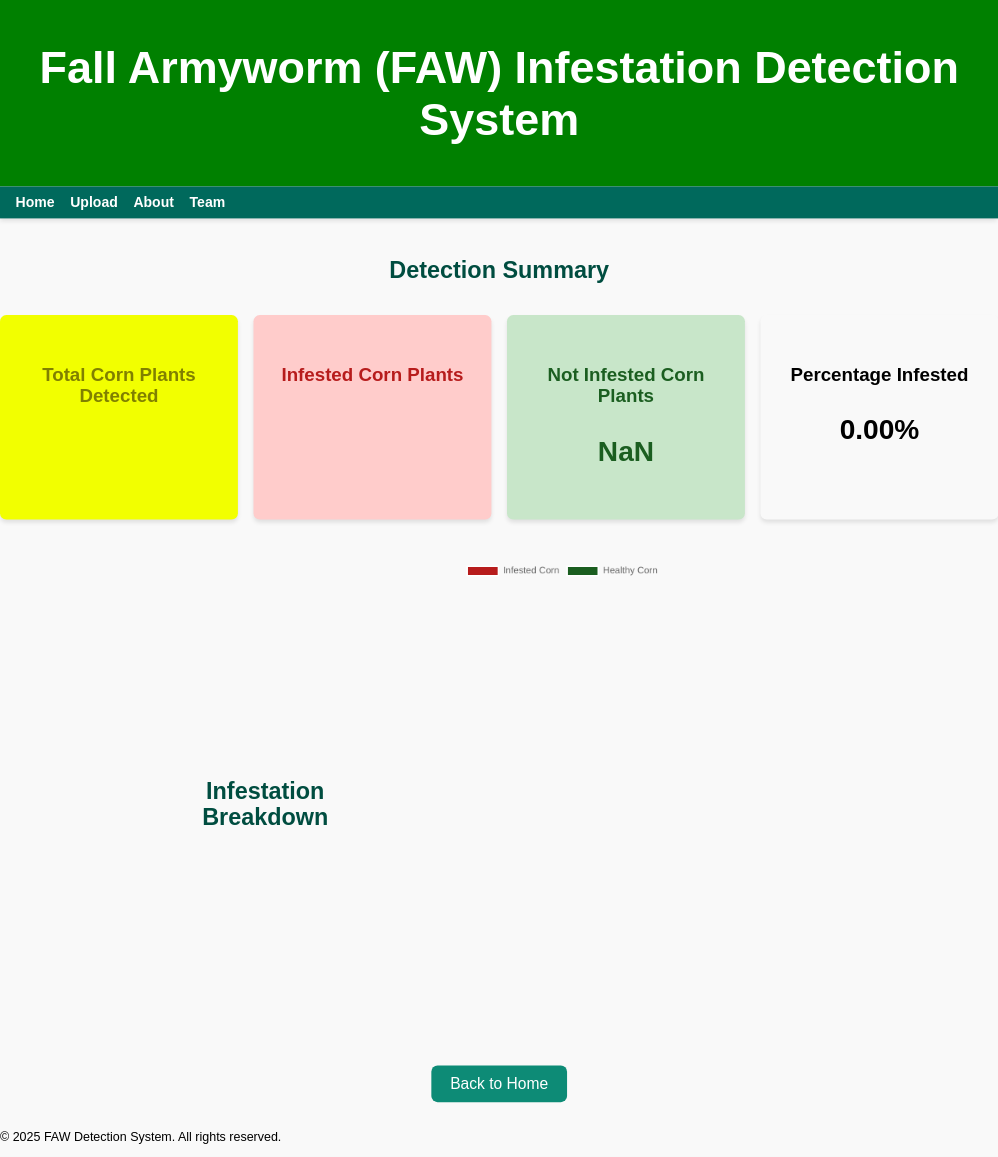
Repository: jansen223/faw-detection-main
Page: /summary
The author's editor kept a copy of each file at every save. The page is drawn from the files as they stood at one save, then again after the next save.
The browser window is 1280 px wide. The pictures show the whole page, at 78% of full size.
The project was rebuilt for these pictures with package versions that can differ from the ones it lists, and the page was loaded fresh each time. Also part of the build but not shown: src/pages/Home.js, src/pages/About.css, src/pages/About.js, src/pages/Team.css, src/pages/Team.js, src/pages/UploadAndDetect.css, src/pages/UploadAndDetect.js.

Above is the page before, as saved 2025-05-02 01:19:40.

### public/index.html
<!DOCTYPE html>
<html lang="en">
<head>
  <meta charset="utf-8" />
  <link rel="icon" href="%PUBLIC_URL%/maize_icon.jpg" />
  <meta name="viewport" content="width=device-width, initial-scale=1" />
  <meta name="theme-color" content="#000000" />
  <meta name="description" content="FAW Detection Web Interface" />
  <title>FAW Detection</title>
</head>
<body>
  <noscript>You need to enable JavaScript to run this app.</noscript>
  <div id="root"></div>
</body>
</html>

### src/App.js
import React, { useRef } from 'react';
import { BrowserRouter as Router, Routes, Route, Link } from 'react-router-dom';
import Home from './pages/Home';
import About from './pages/About';
import Team from './pages/Team';
import Summary from './pages/Summary';
import UploadAndDetect from './pages/UploadAndDetect';
import './App.css';

function App() {
  const canvasRef = useRef(null);
  const [counts, setCounts] = React.useState({ infested: 0, notInfested: 0 });

  const resetCounts = async () => {
    try {
      const response = await fetch('http://localhost:5000/reset_counts', {
        method: 'POST',
      });
      const data = await response.json();
      if (data.message) {
        setCounts({ infested: 0, notInfested: 0 });
        alert(data.message);
      }
    } catch (error) {
      console.error('Error resetting counts:', error);
    }
  };

  return (
    <Router>
      <div className="App">
        <header className="App-header">
          <h1>Fall Armyworm (FAW) Infestation Detection System</h1>
        </header>
        <nav className="App-navbar">
          <ul>
            <li><Link to="/">Home</Link></li>
            <li><Link to="/upload-and-detect">Upload</Link></li> {/* New button */}
            <li><Link to="/about">About</Link></li>
            <li><Link to="/team">Team</Link></li>
          </ul>
        </nav>
        <Routes>
          <Route path="/" element={<Home canvasRef={canvasRef} counts={counts} resetCounts={resetCounts} />} />
          <Route path="/upload-and-detect" element={<UploadAndDetect />} /> {/* New route */}
          <Route path="/about" element={<About />} />
          <Route path="/team" element={<Team />} />
          <Route path="/summary" element={<Summary />} />
        </Routes>
        <footer className="App-footer">
          <p>&copy; 2025 FAW Detection System. All rights reserved.</p>
        </footer>
      </div>
    </Router>
  );
}

export default App;

### src/pages/Summary.js
import React from 'react';
import { useLocation, useNavigate } from 'react-router-dom'; // Import useNavigate
import { Pie } from 'react-chartjs-2';
import { Chart as ChartJS, ArcElement, Tooltip, Legend } from 'chart.js';

// Register required Chart.js components
ChartJS.register(ArcElement, Tooltip, Legend);

function Summary() {
  const location = useLocation();
  const navigate = useNavigate(); // Initialize useNavigate
  const { totalCorn, infestedCorn, percentageInfested } = location.state || {};

  const healthyCorn = totalCorn - infestedCorn;


  const data = {
    labels: ['Infested Corn', 'Healthy Corn'],
    datasets: [
      {
        data: [infestedCorn, healthyCorn],
        backgroundColor: ['#b71c1c', '#1b5e20'],
        hoverBackgroundColor: ['#ffcccb', '#c8e6c9'],
      },
    ],
  };

  return (
    <div className="summary-container" style={{ textAlign: 'center' }}>
      <h3>Detection Summary</h3>

      {/* Detection Cards */}
      <div
        className="detection-cards"
        style={{
          display: 'flex', // Center the cards
          textAlign: 'left', // Align text inside the cards to the left
          marginBottom: '20px',
        }}
      >
        <div className="card total">
          <h4>Total Corn Plants Detected</h4>
          <p>{totalCorn}</p>
        </div>
        <div className="card infested">
          <h4>Infested Corn Plants</h4>
          <p>{infestedCorn}</p>
        </div>
        <div className="card not-infested">
          <h4>Not Infested Corn Plants</h4>
          <p>{healthyCorn}</p>
        </div>
        <div className="card percentage">
          <h4>Percentage Infested</h4>
          <p>{percentageInfested ? percentageInfested.toFixed(2) : '0.00'}%</p>
        </div>
      </div>

      {/* Pie Chart */}
      <div
        className="chart-container"
        style={{
          width: '600px',
          height: '600px',
          margin: '50px auto', // Center horizontally
          display: 'flex',
          justifyContent: 'center',
          alignItems: 'center', // Center vertically
        }}
      >
        <h3>Infestation Breakdown</h3>
        <Pie data={data} options={{ maintainAspectRatio: false }} />
      </div>

      {/* Back to Home Button */}
      <button
        onClick={() => navigate('/')} // Navigate to the Home page
        className="back-to-home-button"
      >
        Back to Home
      </button>
    </div>
  );
}

export default Summary;

### src/App.css
html,
body {
  margin: 0;
  padding: 0;
  font-family: 'Arial', sans-serif; /* Use a clean, modern font */
  background-color: #f9f9f9; /* Light background for better readability */
}

.App {
  display: flex;
  flex-direction: column;
  min-height: 100vh;
}

.App-header {
  background-color: green;
  color: white;
  text-align: center;
  font-size: 1.8rem;
  font-weight: bold;
  padding: 15px 0;
}

.App-navbar {
  background-color: #00695c;
  color: white;
  padding: 10px 20px;
  display: flex;
  justify-content: left;
  align-items: center;
  box-shadow: 0 4px 6px rgba(0, 0, 0, 0.1);
}

.App-navbar ul {
  list-style: none;
  display: flex;
  gap: 20px;
  margin: 0;
  padding: 0;
}

.App-navbar li {
  display: inline;
}

.App-navbar a {
  color: white;
  text-decoration: none;
  font-weight: bold;
  font-size: 18px;
}

.App-navbar a:hover {
  text-decoration: underline;
}

### src/pages/Home.css
.layout-container {
  display: flex;
  flex-wrap: wrap;
  justify-content: space-evenly;
  align-items: flex-start;
  width: 100%;
  padding: 20px;
  box-sizing: border-box;
  gap: 80px;
}

.detection-section {
  flex: 1;
  max-width: 680px;
  text-align: center;
}

.detection-section h3,
.drone-feed-section h3 {
  font-size: 30px;
  font-weight: black;
  color: #004d40;
  margin-bottom: 20px;
}

.drone-feed-section h3 {
  text-align: center;
}

.detection-cards {
  margin-top: 40px;
  display: flex;
  flex-wrap: wrap;
  gap: 20px;
  justify-content: center;
}

.detection-cards .card {
  padding: 30px; /* Increased padding */
  border-radius: 8px;
  box-shadow: 0 4px 6px rgba(0, 0, 0, 0.1);
  text-align: center;
  flex: 1;
  max-width: 300px; /* Increased max-width */
  transition: transform 0.3s ease, box-shadow 0.3s ease;
}

.detection-cards .card:hover {
  transform: translateY(-5px);
  box-shadow: 0 6px 10px rgba(0, 0, 0, 0.2);
}

.detection-cards .card.infested {
  background-color: #ffcccb;
  color: #b71c1c;
}

.detection-cards .card.not-infested {
  background-color: #c8e6c9;
  color: #1b5e20;
}
.detection-cards .card.total {
  background-color: #f2ff00;
  color: #808000;
}
.detection-cards .card h4 {
  font-size: 24px; /* Increased font size for headings */
}

.detection-cards .card p {
  font-size: 36px; /* Increased font size for numbers */
  font-weight: bold;
}

.camera-section {
  display: flex;
  justify-content: center;
  align-items: center;
  padding-top: 60px;
}

/* FIXED: Options now stacked */
.options {
  display: flex;
  justify-content: center;
  align-items: center;
  width: 100%;
  margin-top: 20px;
  margin-bottom: 30px;
}

.view-summary-button {
  padding: 12px 24px;
  background-color: #0d8b76;
  color: white;
  border: none;
  border-radius: 8px;
  cursor: pointer;
  font-size: 20px;
  transition: background-color 0.3s ease;
}

.view-summary-button:hover {
  background-color: #00695c;
}

.reset-button {
  padding: 10px 20px;
  background-color: #0d8b76;
  color: white;
  border: none;
  border-radius: 5px;
  cursor: pointer;
  font-size: 18px;
  transition: background-color 0.3s ease;
}

.reset-button:hover {
  background-color: #00695c;
}

.iframe-container {
  display: flex;
  flex-direction: column;
  align-items: center;
  justify-content: center;
  width: 100%;
  max-width: 1300px; /* increased from 1100px */
}

.iframe-container iframe {
  width: 100%;
  height: 800px; /* increased from 620px */
  border: none;
  border-radius: 8px;
  box-shadow: 0 4px 10px rgba(0, 0, 0, 0.2);
  position: relative;
}

### src/pages/Summary.css
.summary-and-percentages-container {
  display: flex;
  flex-wrap: wrap;
  justify-content: center;
  align-items: flex-start;
  width: 100%;
  padding: 20px;
  box-sizing: border-box;
  gap: 80px;
}

.chart-section {
  flex: 1;
  max-width: 500px;
  text-align: center;
  display: flex;
  flex-direction: column;
  align-items: center;
  justify-content: center;
}

.back-to-home-button {
  padding: 12px 24px;
  background-color: #0d8b76;
  color: white;
  border: none;
  border-radius: 8px;
  cursor: pointer;
  font-size: 20px;
  transition: background-color 0.3s ease;
  margin-bottom: 20px;
}

.summary-container h3, .cart-container h3 {
  font-size: 30px;
  font-weight: black;
  color: #004d40;
  margin-bottom: 20px;
  margin-top: 50px;
}

.chart-wrapper {
  width: 400px;
  height: 400px;
  display: flex;
  align-items: center;
  justify-content: center;
}

.chart-wrapper canvas {
  width: 100% !important;
  height: 100% !important;
  aspect-ratio: 1 / 1;
}

.chart-section h2 {
  font-size: 1.8rem;
  margin-bottom: 20px;
  color: #004d40;
}

.summary-section {
  flex: 1;
  max-width: 700px;
  padding: 20px;
  box-shadow: 0 4px 6px rgba(0, 0, 0, 0.1);
  background-color: #ffffff;
  border-radius: 8px;
}

.summary-section h2 {
  font-size: 1.8rem;
  margin-bottom: 20px;
  color: #004d40;
  text-align: center;
}

.summary-table {
  width: 100%;
  border-collapse: collapse;
  margin-top: 20px;
}

.summary-table th, .summary-table td {
  border: 1px solid #ddd;
  padding: 10px;
  text-align: center;
  font-size: 1rem;
}

.summary-table th {
  background-color: #0d8b76;
  color: white;
}

.summary-table tr:nth-child(even) {
  background-color: #f2f2f2;
}

.back-button {
  margin: 20px 0 20px 100px;
  margin-top: 20px;
  padding: 10px 20px;
  background-color: #0d8b76;
  color: white;
  border: none;
  border-radius: 5px;
  cursor: pointer;
  font-size: 18px;
  transition: background-color 0.3s ease;
}

.back-button:hover {
  background-color: #004d40;
}

.delete-button {
  padding: 5px 10px;
  background-color: #d83939;
  color: white;
  border: none;
  border-radius: 3px;
  cursor: pointer;
  font-size: 0.9rem;
  transition: background-color 0.3s ease;
}

.delete-button:hover {
  background-color: #b71c1c;
}

Loaded but not shown: src/index.js (common file); src/index.css (common file); src/reportWebVitals.js (common file)

After the next save:
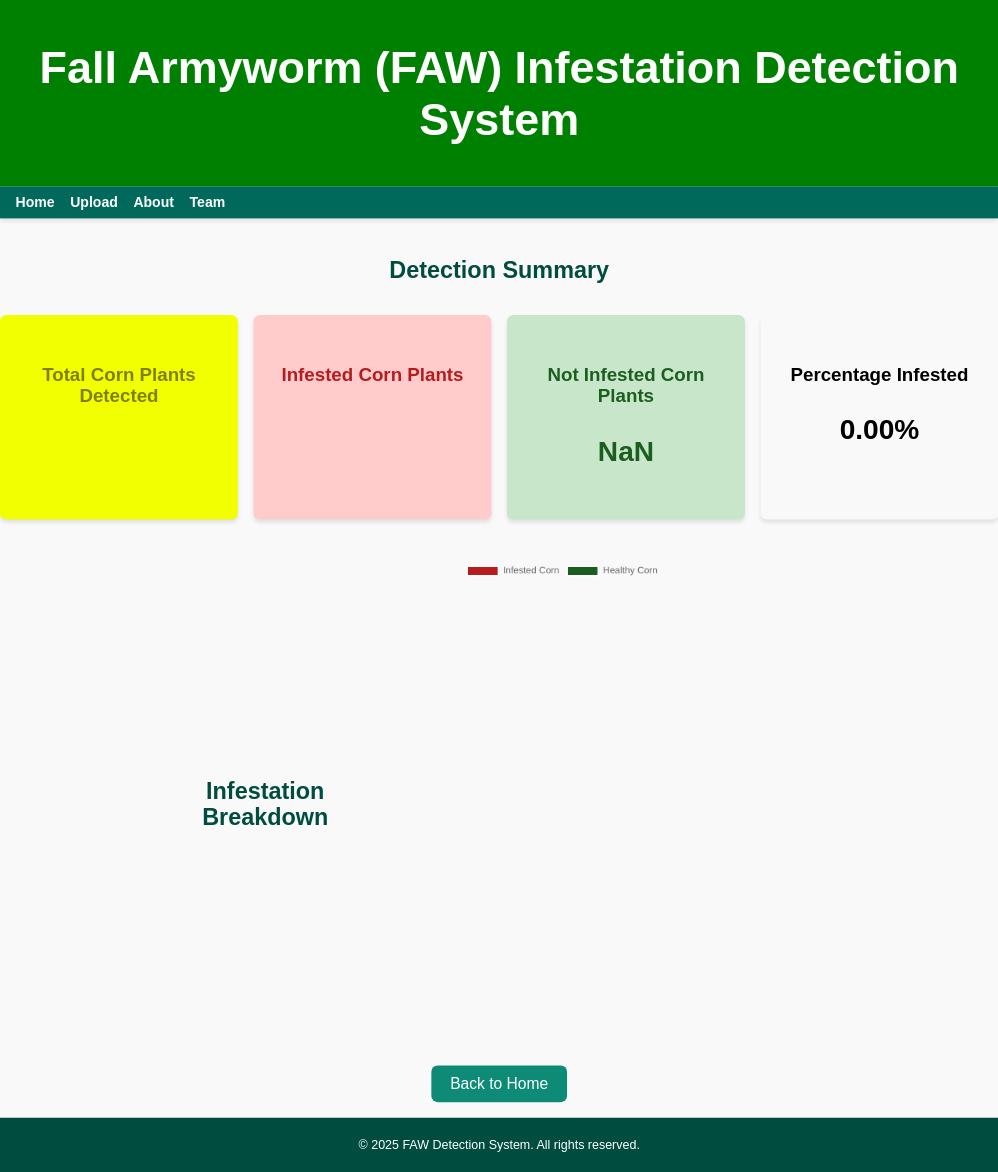
Saved 64 s later.
--- a/src/App.css
+++ b/src/App.css
@@ -19,6 +19,7 @@ body {
   font-size: 1.8rem;
   font-weight: bold;
   padding: 15px 0;
+  box-shadow: 0 4px 6px rgba(0, 0, 0, 0.1);
 }
 
 .App-navbar {
@@ -26,7 +27,7 @@ body {
   color: white;
   padding: 10px 20px;
   display: flex;
-  justify-content: left;
+  justify-content: space-between;
   align-items: center;
   box-shadow: 0 4px 6px rgba(0, 0, 0, 0.1);
 }
@@ -39,10 +40,6 @@ body {
   padding: 0;
 }
 
-.App-navbar li {
-  display: inline;
-}
-
 .App-navbar a {
   color: white;
   text-decoration: none;
@@ -53,3 +50,11 @@ body {
 .App-navbar a:hover {
   text-decoration: underline;
 }
+
+.App-footer {
+  background-color: #004d40;
+  color: white;
+  text-align: center;
+  padding: 10px 0;
+  margin-top: auto;
+}
